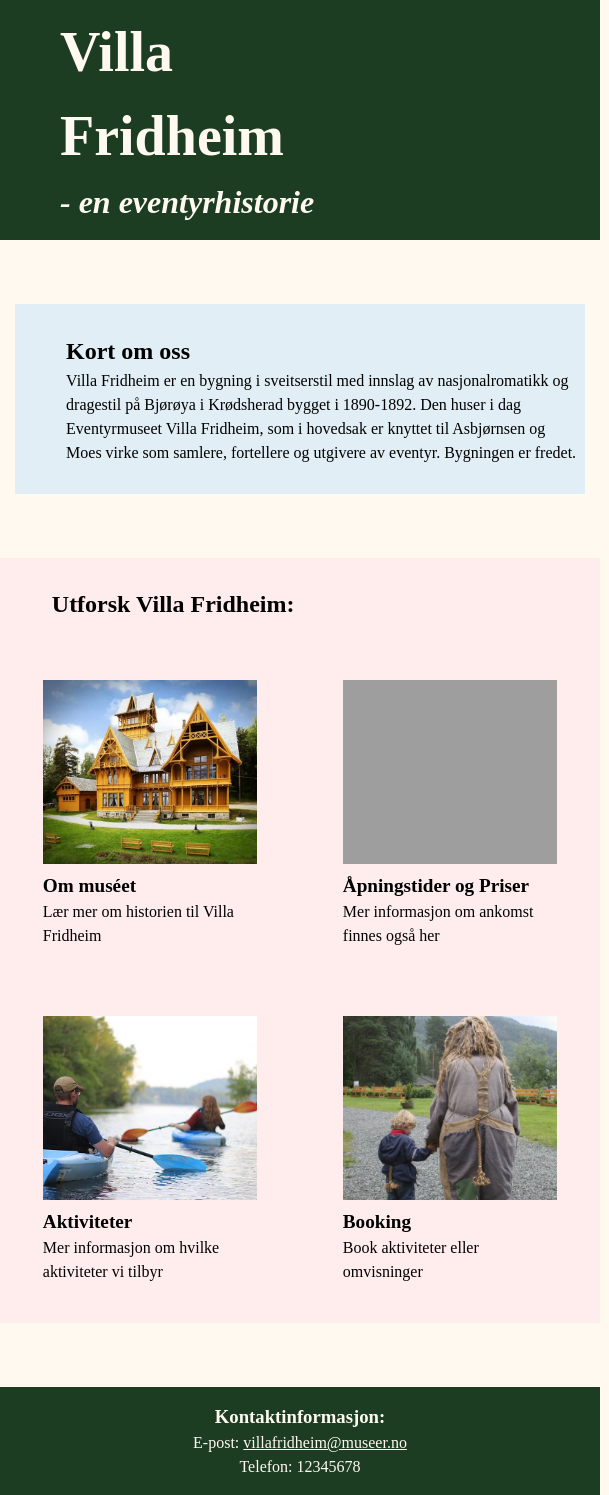
Repository: IdaHolmen/villa-fridheim
Page: index.html
An editor plug-in stored every save of this project. The page is shown before and after the next save, followed by the edit.
The browser window is 600 px wide. The page is 609 px wide, so the pictures cover 609 px, including what lies to the right of the window. The pictures show the part of the page from y = 746 to 2241 px (the page is 2241 px tall).
Pictures or frames that could not be fetched are drawn as grey boxes. Some web fonts or font styles are not loaded; a fallback is used.

Above is the page before, as saved 2024-10-15 13:08:35.

### index.html
<!DOCTYPE html>
<html lang="en">
    <head>
        <meta charset="UTF-8" />
        <meta name="viewport" content="width=device-width, initial-scale=1.0" />

        <link
            rel="icon"
            type="image/x-icon"
            href="./assets/villa-fridheim-logo.svg"
            alt="Omrisset av et eventyrslott"
        />

        <link rel="stylesheet" type="text/css" href="./css/reset.css" />
        <link rel="stylesheet" type="text/css" href="./css/style.css" />
        <link rel="stylesheet" type="text/css" href="./css/media-queries.css" />
        <title>Villa Fridheim</title>
    </head>

    <body>
        <header>
            <div class="headline-container">
                <img src="./assets/villa-fridheim-logo.svg" alt="Omrisset av et eventyrslott" class="main-logo" />
                <h1 class="main-headline">Villa Fridheim</h1>
            </div>

            <nav class="nav-bar">
                <a href="./src/about.html" class="nav-link">Om muséet</a>
                <a href="./src/info.html" class="nav-link">Åpningstider og priser</a>
                <a href="./src/activities.html" class="nav-link">Aktiviteter og opplevelser</a>
                <a href="./src/booking.html" class="nav-link">Booking</a>
            </nav>
        </header>

        <main class="main-container">
            <section class="hero-section">
                <div class="hero-background">
                    <img
                        src="./assets/ville-fridheim-historic.jpeg"
                        alt="Et gammelt svart-hvitt-bilde av Villa Fridheim"
                        class="hero-image"
                    />
                </div>

                <div class="hero-text-container">
                    <span class="hero-content">Villa</span>
                    <span class="hero-content">Fridheim</span>
                    <span class="hero-content-sub-headline">- en eventyrhistorie</span>
                </div>
            </section>

            <section class="intro-section">
                <div class="intro-container">
                    <h2>Kort om oss</h2>
                    <p>
                        Villa Fridheim er en bygning i sveitserstil med innslag av nasjonalromatikk og dragestil på
                        Bjørøya i Krødsherad bygget i 1890-1892. Den huser i dag Eventyrmuseet Villa Fridheim, som i
                        hovedsak er knyttet til Asbjørnsen og Moes virke som samlere, fortellere og utgivere av eventyr.
                        Bygningen er fredet.
                    </p>
                </div>
            </section>

            <section class="link-section">
                <div class="link-container-headline">
                    <h2>Utforsk Villa Fridheim:</h2>
                </div>
                <div class="link-container">
                    <a href="./src/about.html" class="navigation-container">
                        <img
                            src="./assets/faded-image-outside.jpeg"
                            alt="Et gult hus i sveitserstil"
                            class="link-image"
                        />
                        <h3 class="link-sub-headline">Om muséet</h3>
                        <p>Lær mer om historien til Villa Fridheim</p>
                    </a>
                    <a href="./src/info.html" class="navigation-container">
                        <img
                            src="./assets/inside-view2.jpg"
                            alt="Et gang i mørkt treverk med eventyrmotiver på veggen"
                            class="link-image"
                        />
                        <h3 class="link-sub-headline">Åpningstider og Priser</h3>
                        <p>Mer informasjon om ankomst finnes også her</p>
                    </a>
                    <a href="./src/activities.html" class="navigation-container">
                        <img src="./assets/kajakk.jpg" alt="To personer i hver sin kajakk" class="link-image" />
                        <h3 class="link-sub-headline">Aktiviteter</h3>
                        <p>Mer informasjon om hvilke aktiviteter vi tilbyr</p>
                    </a>
                    <a href="./src/booking.html" class="navigation-container">
                        <img
                            src="./assets/troll.jpeg"
                            alt="Et barn som holder hender med et troll"
                            class="link-image"
                        />
                        <h3 class="link-sub-headline">Booking</h3>
                        <p>Book aktiviteter eller omvisninger</p>
                    </a>
                </div>
            </section>
        </main>

        <footer class="footer-front-page">
            <h3>Kontaktinformasjon:</h3>
            <p>
                E-post:
                <a href="" id="email-element">villafridheim@museer.no</a>
            </p>
            <p>Telefon: 12345678</p>
        </footer>
    </body>
</html>

### css/reset.css
*, *::before, *::after {
	box-sizing: border-box;
  }

* {
	margin: 0;
	padding: 0;
}

body {
	line-height: 1.5;
	-webkit-font-smoothing: antialiased;
}

img, picture, video, canvas, svg {
	display: block;
	max-width: 100%;
}

input, textarea, select {
	font: inherit;
}

p, h1, h2, h3, h4, h5, h6 {
	overflow-wrap: break-word;
}

#root, #__next {
	isolation: isolate;
}

button {
	font: inherit;
	background: transparent;
	border: none;
	cursor: pointer;
	touch-action: manipulation;
}

a {
	color: inherit;
	text-decoration: none;
}

### css/style.css
@import url('https://fonts.googleapis.com/css2?family=Caudex:ital,wght@0,400;0,700;1,400;1,700&display=swap');

:root {
    --primary-color: #fff9ef;
    --secondary-color: #1d3d23;
}

/* BODY STYLING */
body {
    height: 100vh;
    width: 100%;
    display: flex;
    flex-direction: column;
    background-color: var(--primary-color);
    font-family: 'Caudex', 'Times New Roman', Times, serif;
}

/* HEADER STYLING */
header {
    display: flex;
    flex-direction: row;
    justify-content: center;
    align-items: center;
    background: var(--primary-color);
    color: var(--secondary-color);
    flex-basis: 10%;
}

.headline-container {
    flex-basis: 25%;
    display: flex;
    justify-content: center;
    align-items: center;
    flex-direction: row;
}

.main-headline {
    font-size: 1.75rem;
}

.main-logo {
    height: 35px;
    width: 35px;
    margin-right: 0.5rem;
}

.nav-bar {
    flex-basis: 85%;
    display: flex;
    justify-content: space-around;
    flex-direction: row;
    text-align: center;
    margin: 0;
}

.nav-link {
    text-decoration: none;
    color: black;
    padding: 0.5rem 1.5rem;
    font-weight: bold;
    margin: 1rem;
    border-radius: 5px;
    display: flex;
    transition: transform 0.2s ease-in-out;
}

.nav-link:hover {
    box-shadow: rgba(149, 157, 165, 0.2) 0px 8px 24px;
    transform: scale(1.1);
}

.nav-link:active {
    background-color: #e3e3e3;
}

#home-symbol {
    margin-right: 0.5rem;
    width: 25px;
    height: 25px;
}

/* FRONT PAGE STYLING */
.hero-section {
    position: relative;
    height: 30rem;
    width: 100%;
}

.hero-background {
    width: 100%;
    height: 30rem;
    object-fit: contain;
}

.hero-image {
    width: 100%;
    height: 30rem;
    object-fit: cover;
}

.hero-text-container {
    position: absolute;
    top: 0;
    left: 70%;
    width: 30%;
    height: 60%;
    color: var(--primary-color);
    display: flex;
    flex-direction: column;
}

.hero-content {
    font-size: 4.5rem;
    font-weight: bold;
}

.hero-content-sub-headline {
    font-size: 2rem;
    font-weight: bold;
    font-style: italic;
}

.section-headline {
    font-size: 1.5rem;
    margin: 1rem 0;
}

.main-container {
    flex-basis: 85%;
    display: flex;
    flex-direction: column;
    align-items: center;
}

.about-section {
    width: 100%;
    height: 100%;
    display: flex;
}

.about-text {
    flex-basis: 50%;
    display: flex;
    flex-direction: column;
    justify-content: center;
    padding: 24px;
}

.about-text > p {
    margin: 0.5rem 0;
}

.image-container {
    flex-basis: 50%;
}

.front-page-image {
    height: 100%;
    object-fit: cover;
    border-radius: 3%;
}

.link-section {
    width: 95%;
    background-color: #ffeded;
    margin-top: 4rem;
    display: flex;
    flex-direction: column;
    align-items: center;
}

.link-container-headline {
    width: 95%;
    flex-basis: 10%;
    margin: 1rem 1rem 1rem 4rem;
    padding: 0.8rem;
}

.link-container {
    flex-basis: 90%;
    width: 95%;
    display: flex;
    justify-content: space-around;
    align-items: center;
}

.navigation-container {
    height: 22rem;
    width: 18rem;
    margin: 1rem 1rem 2rem 1rem;
    display: flex;
    padding: 0.8rem;
    flex-direction: column;
    transition: transform 0.2s ease-in-out;
}

.navigation-container:hover {
    transform: scale(1.1);
}

.link-sub-headline {
    font-size: 1.2rem;
}

.link-image {
    object-fit: cover;
    padding: 0;
    min-height: 70%;
    margin-bottom: 0.5rem;
}

.footer-front-page {
    background-color: var(--secondary-color);
    color: var(--primary-color);
    flex-basis: 5%;
    display: flex;
    flex-direction: row;
    justify-content: space-around;
    padding: 1rem;
    font-size: 1rem;
    margin-top: 4rem;
}

/* STYLING FOR THE INTRO SECTION */
.intro-section {
    width: 95%;
    background-color: #e2eef5;
    margin-top: 4rem;
    display: flex;
    flex-direction: column;
    align-items: center;
}

.intro-container {
    flex-basis: 90%;
    width: 95%;
    display: flex;
    flex-direction: column;
    margin: 2rem;
    padding: 0.8rem;
    margin: 1rem 1rem 1rem 4rem;
}

/* STYLING FOR INFO PAGE */
.main-info-container {
    flex-basis: 85%;
    display: flex;
    flex-direction: column;
    align-items: center;
}

.info-text-container {
    flex-basis: 50%;
    height: 100%;
    padding: 24px;
}

.info-image-container {
    flex-basis: 50%;
    height: 100%;
    padding: 24px;
    display: flex;
    align-items: center;
    justify-content: center;
}

.opening-hours-section,
.directions-section,
.prices-section {
    margin-bottom: 1rem;
}

.hours,
.price-element {
    margin: 1rem 0;
}

.price-element {
    width: 90%;
    display: flex;
    flex-direction: row;
    align-items: center;
    justify-content: space-between;
    font-size: 1rem;
}

/* STYLING FOR ACTIVITIES PAGE */
#home-button {
    display: flex;
    align-items: center;
}

.main-activities-container {
    flex-basis: 85%;
    display: flex;
    flex-direction: column;
    align-items: center;
}

.activities-section,
.experiences-section {
    display: flex;
    flex-direction: row;
}

.activities,
.experiences {
    display: flex;
    flex-direction: column;
}

.activities > p,
.experiences > p {
    margin: 0.5rem 0;
}

.bold-text {
    font-weight: 900;
    margin: 0.5rem 0;
}

.illustration-image {
    width: 100%;
    border-radius: 3%;
}

#illustration-image-long {
    width: 90%;
    border-radius: 3%;
}

/* FOOTER */
footer {
    background-color: var(--secondary-color);
    color: var(--primary-color);
    flex-basis: 5%;
    display: flex;
    flex-direction: row;
    justify-content: space-around;
    padding: 1rem;
    font-size: 1rem;
}

a#email-element {
    text-decoration: underline;
}

/* STYLING FOR BOOKING PAGE */
.main-headline-booking {
    color: var(--primary-color);
}

.nav-link-booking {
    color: var(--primary-color);
    text-decoration: none;
    padding: 0.5rem 1.5rem;
    font-weight: bold;
    margin: 1rem;
    border-radius: 5px;
    display: flex;
    transition: transform 0.2s ease-in-out;
}

.nav-link-booking:hover {
    box-shadow: rgba(149, 157, 165, 0.2) 0px 8px 24px;
    transform: scale(1.1);
}

.booking-page-main {
    background-position: center;
    background-image: url('../assets/forest3.jpg');
    background-repeat: no-repeat;
    background-size: cover;
    background-attachment: fixed;
}

.booking-header {
    backdrop-filter: blur(60px);
    background: transparent;
}

.booking-container {
    flex-basis: 85%;
    width: 100%;
    display: flex;
    justify-content: center;
    flex-direction: column;
    align-items: center;
    background-color: rgba(0, 0, 0, 0.2);
}

.booking-form {
    position: relative;
    color: var(--primary-color);
    display: flex;
    flex-direction: column;
    align-items: center;
    height: 100%;
    width: 26rem;
    margin: 2rem;
    padding: 1rem;
    border: 2px solid #b5afaf;
    border-radius: 15px;
    backdrop-filter: blur(25px);
}

.input-field {
    width: 85%;
    height: 55px;
    color: var(--primary-color);
    background: transparent;
    padding-inline: 20px 54px;
    border-radius: 30px;
    border: 2px solid #b5afaf;
    outline: none;
    margin: 1rem 0;
}

.input-field:focus::placeholder {
    color: transparent;
}

#select-field {
    appearance: none;
    width: 85%;
    height: 55px;
    color: var(--primary-color);
    background: transparent;
    padding-inline: 20px;
    border-radius: 30px;
    border: 2px solid #b5afaf;
    cursor: pointer;
    outline: none;
    background-image: linear-gradient(45deg, transparent 50%, #fff5e1 50%),
        linear-gradient(135deg, #fff5e1 50%, transparent 50%);
    background-position: calc(100% - 20px) calc(1.3rem + 2px), calc(100% - 15px) calc(1.3rem + 2px);
    background-size: 5px 5px, 5px 5px, 1px 1.5em;
    background-repeat: no-repeat;
    margin: 1rem 0;
}

#comment-input {
    width: 85%;
    height: 6rem;
    color: var(--primary-color);
    background: transparent;
    border-radius: 10px;
    border: 2px solid #b5afaf;
    outline: none;
    padding-inline: 20px;
    margin: 1rem 0;
}

::placeholder {
    color: var(--primary-color);
}

#comment-input:focus::placeholder {
    color: transparent;
}

#submit-button {
    background-color: var(--primary-color);
    width: 8rem;
    padding: 0.5rem 1.5rem;
    font-weight: bold;
    border-radius: 30px;
    transition: transform 0.2s ease-in-out;
    margin: 0.5rem 0;
}

#submit-button:hover {
    background-color: #ffe8ba;
    transform: scale(1.1);
}

#submit-button:active {
    background-color: #d4d4d4;
}

#booking-footer {
    backdrop-filter: blur(25px);
    background: transparent;
}

### css/media-queries.css
@media screen and (max-width: 1000px) {
    header {
        flex-direction: column;
    }

    .nav-bar {
        align-items: center;
    }

    .nav-link {
        max-width: 16rem;
        margin: 0.5rem;
    }

    .hero-section {
        height: 45rem;
        background-color: var(--secondary-color);
    }

    .hero-text-container {
        top: 68%;
        left: 10%;
        width: 80%;
        height: 30%;
    }

    .hero-content {
        font-size: 3.5rem;
    }

    .about-section {
        flex-direction: column;
        align-items: center;
    }

    .main-info-container {
        flex-direction: column;
    }

    .activities-section {
        flex-direction: column;
    }

    .experiences-section {
        flex-direction: column-reverse;
    }

    .illustration-image {
        width: 70%;
    }

    #illustration-image-long {
        width: 60%;
    }

    .link-container {
        width: 70%;
        flex-wrap: wrap;
    }
}

@media screen and (max-width: 930px) {
    .link-container {
        width: 80%;
    }

    .navigation-container {
        width: 15rem;
        height: 18rem;
    }
}

@media screen and (max-width: 700px) {
    .footer,
    .footer-front-page {
        flex-direction: column;
        align-items: center;
    }

    .nav-bar {
        flex-direction: column;
    }

    .link-section {
        width: 100%;
    }

    .illustration-image {
        width: 100%;
    }

    #illustration-image-long {
        width: 80%;
    }

    .link-container {
        width: 100%;
    }
}

@media screen and (max-width: 500px) {
    .booking-form {
        width: 20rem;
    }

    .hero-content-sub-headline {
        font-size: 1.5rem;
    }
}

After the next save:
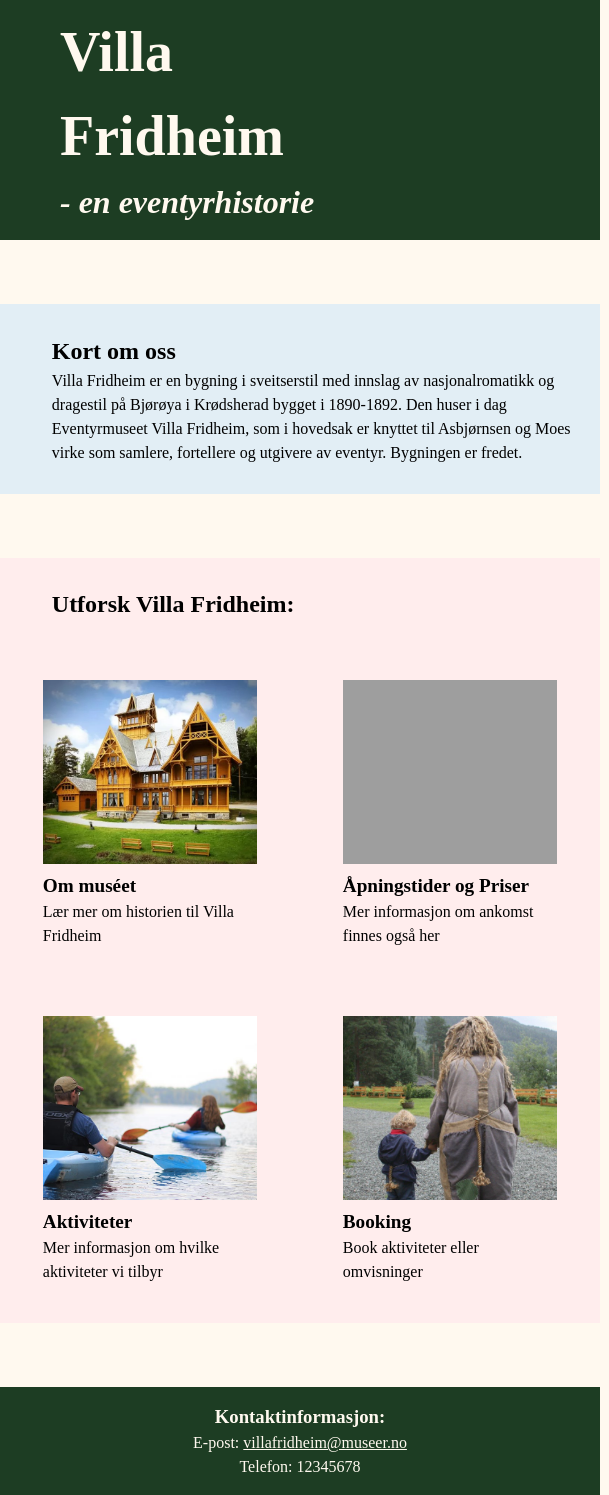
Saved 97 s later.
--- a/css/media-queries.css
+++ b/css/media-queries.css
@@ -81,7 +81,8 @@
         flex-direction: column;
     }
 
-    .link-section {
+    .link-section,
+    .intro-section {
         width: 100%;
     }
 
